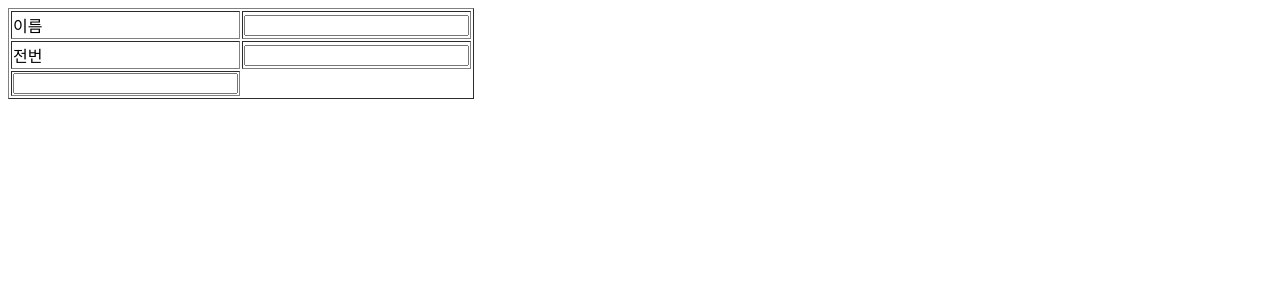
Repository: sgnq008-tech/JSP
Page: http://localhost/WebProject/actiontag/register.jsp
These files come from the project's save history. The page is drawn as it stood at one moment and after the next save; the edit follows.
The browser window is 1280 px wide. The pictures show the whole page.
The page is served by Tomcat 9.

Above is the page before, as saved 2026-09-11 06:37:53.

After the next save:
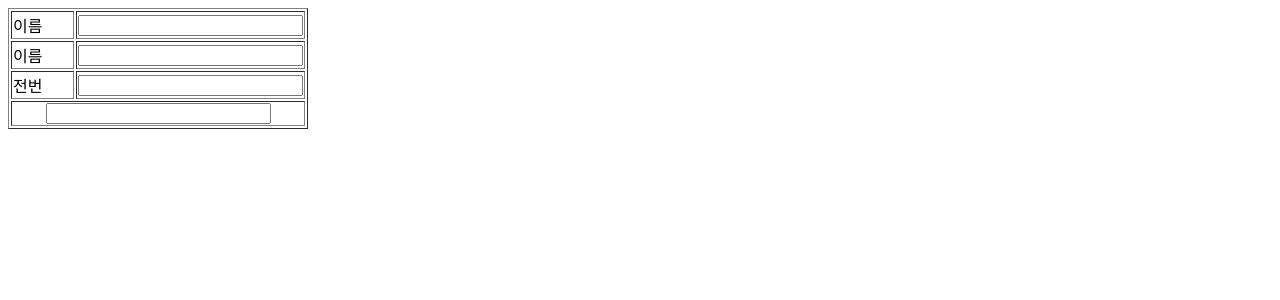
Saved 50 s later.
--- a/jsp_workspace/WebProject/src/main/webapp/actiontag/register.jsp
+++ b/jsp_workspace/WebProject/src/main/webapp/actiontag/register.jsp
@@ -9,6 +9,14 @@
 <body>
 <form action="add.jsp" method="post">
   <table border="1" width="300">
+
+                <tr>
+                         <td width="100">이름 </td>
+                         <td width="200">
+                         <input type="text" name="name" size="25">
+                         </td>
+              </tr>
+
                <tr>
                          <td width="100">이름 </td>
                          <td width="200">
@@ -24,7 +32,7 @@
               </tr>
 
               <tr>
-                         <td>
+                         <td colspan="2" align="center">
                          <input type="text" name="email" size="25">
                          </td>
               </tr>
